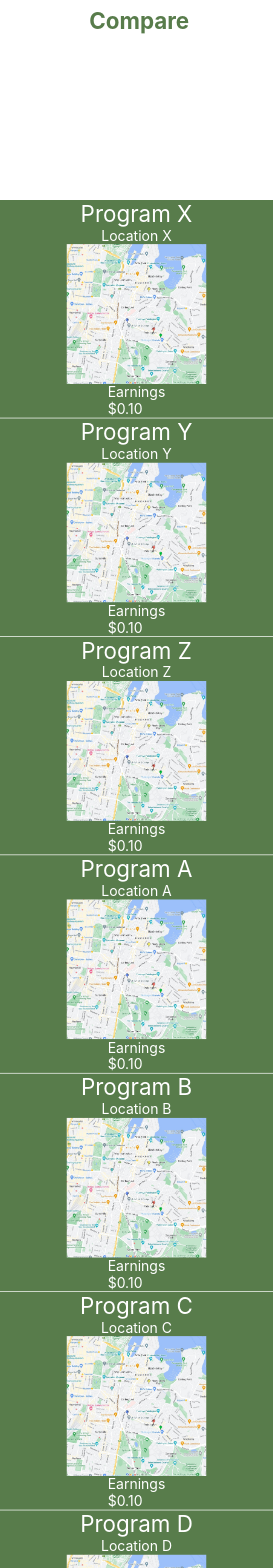
Repository: ct-pham/COMP4511
Screen: / (app in comp4511/)
An editor plug-in stored every save of this project. The screen is shown before and after a run of saves, followed by the edit.
The pictures show rows 0 to 2240 of an output 2857 px tall, at 70% of full size.
An inner scrolling area shows only its first screen. The app was drawn by React Native's web renderer in a window 390 px wide. The project was rebuilt for these pictures with package versions that can differ from the ones it lists, and the page was loaded fresh each time. Also part of the build but not shown: comp4511/Components/Homepage.js, comp4511/Components/AllEarnings.js, comp4511/Components/ProgramEarnings.js, comp4511/Components/Register.js, comp4511/Components/Login.js.

Above is the screen before, as saved 2022-11-09 19:27:22.

After the next 2 saves:
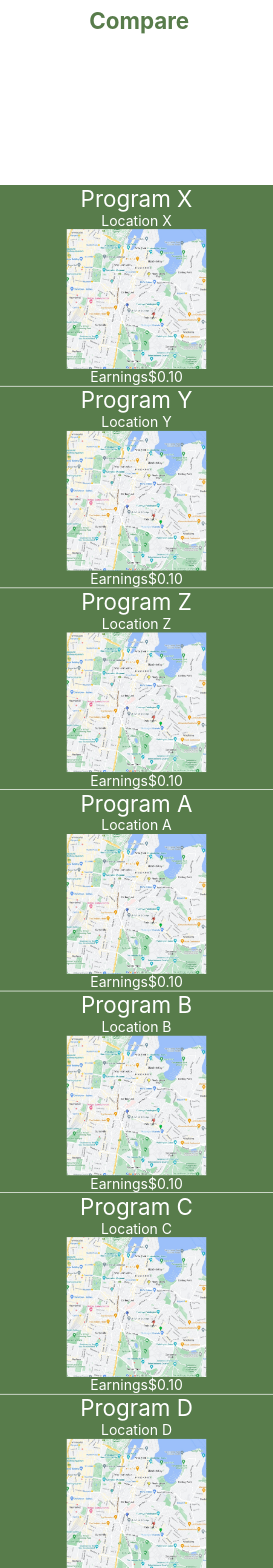
The 2 saves are shown as one change because 1 did not build or start.
The last was saved 11 s later.
--- a/comp4511/Components/compareProgram/Items.js
+++ b/comp4511/Components/compareProgram/Items.js
@@ -54,6 +54,9 @@ const styles = StyleSheet.create({
         fontSize: 20,
         color: '#ffffff',
     },
+    textBox: {
+        flexDirection: 'row',
+    },
 
     programContainer: {
         backgroundColor: '#587C4B',
